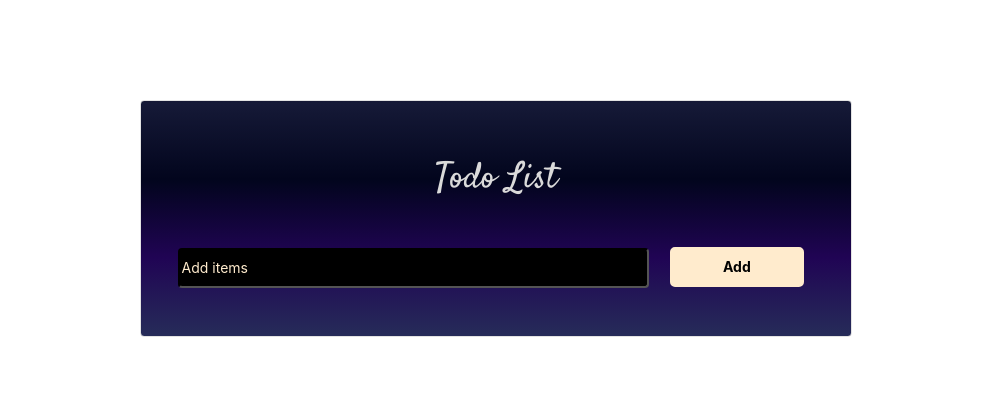
Repository: arpana23/Todo-list
Page: /
An editor plug-in stored every save of this project. The page is shown before and after the next save, followed by the edit.
The browser window is 992 px wide. The pictures show the whole page.
Some web libraries are served in a nearby version. The project was rebuilt for these pictures with package versions that can differ from the ones it lists, and the page was loaded fresh each time. Also part of the build but not shown: src/Todolist.js.

Above is the page before, as saved 2021-04-17 22:14:03.

After the next save:
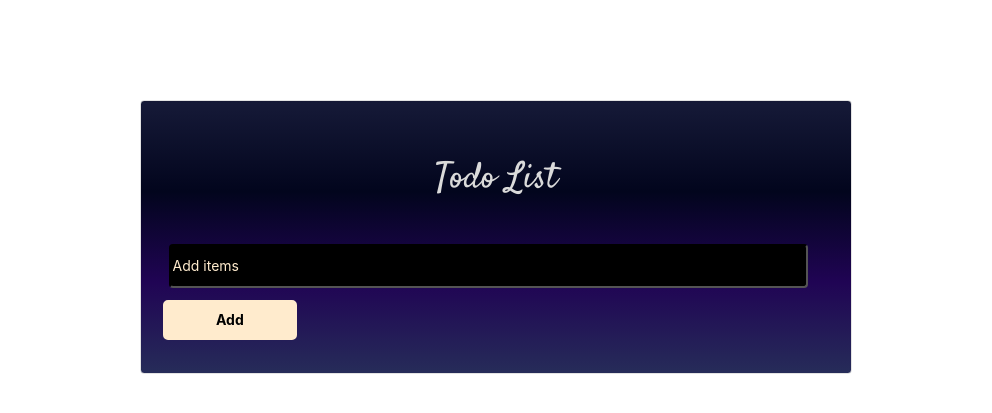
Saved 3 min 33 s later.
--- a/src/App.css
+++ b/src/App.css
@@ -185,6 +185,13 @@
     width: 90%;
   }
 
+  .addInput {
+    margin: 14px;
+    margin-left: 9px;
+    width: 95%;
+    height: 5.5vh;
+  }
+
   .btn {
     height: 5vh;
   }
